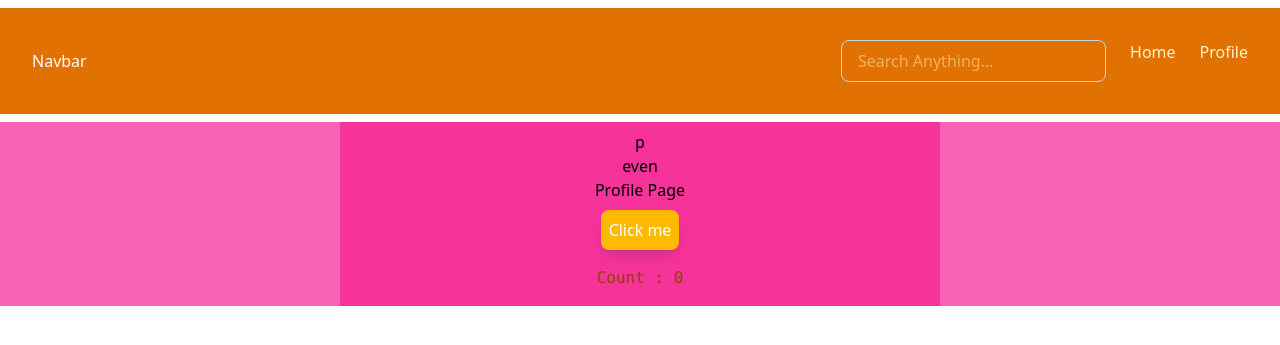
Repository: samit2059/CollegeReact
Page: / (app in react/collegereact/)
These files come from the project's save history. The page is drawn as it stood at one moment and after the next save; the edit follows.
The browser window is 1280 px wide. The pictures show the whole page.
The project was rebuilt for these pictures with package versions that can differ from the ones it lists, and the page was loaded fresh each time. Also part of the build but not shown: react/collegereact/vite.config.js, react/collegereact/src/App.jsx, react/collegereact/src/navbar.jsx, react/collegereact/src/Props Example/First.jsx, react/collegereact/src/Props Example/Second.jsx.

Above is the page before, as saved 2026-01-21 11:14:50.

After the next save:
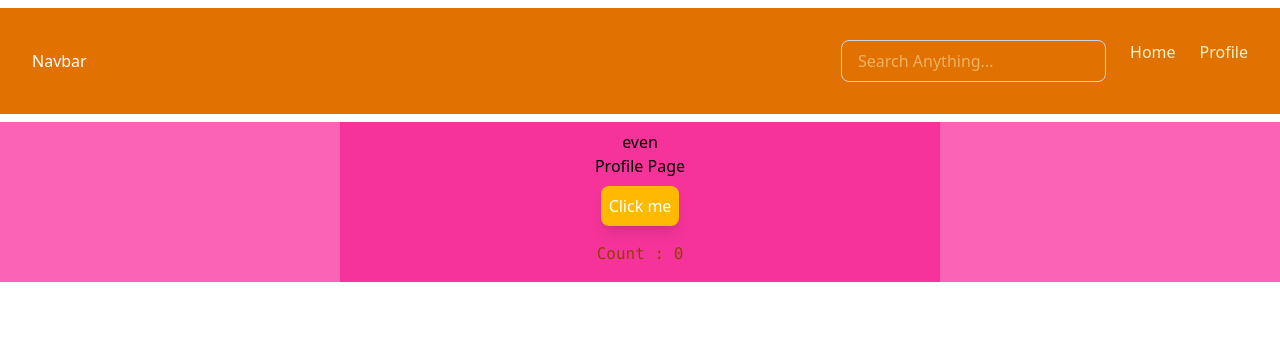
Saved 4 s later.
--- a/react/collegereact/src/StateExamples/profile.jsx
+++ b/react/collegereact/src/StateExamples/profile.jsx
@@ -5,7 +5,7 @@
     return (
         <div className="items-center justify-center bg-pink-400 text-center flex">
         <div className="p-2 bg-pink-500 w-[600px] items-center justify-center">
-            p
+            <p></p>
             {count%2 == 0 ? <h2>even</h2> : <h2>ODD</h2>}
             <h1>Profile Page</h1>
             <button onClick={() => setCount(count+1)} className="p-2 m-2 bg-amber-400 font-medium rounded-lg shadow-lg text-white">Click me</button>

After the save that followed:
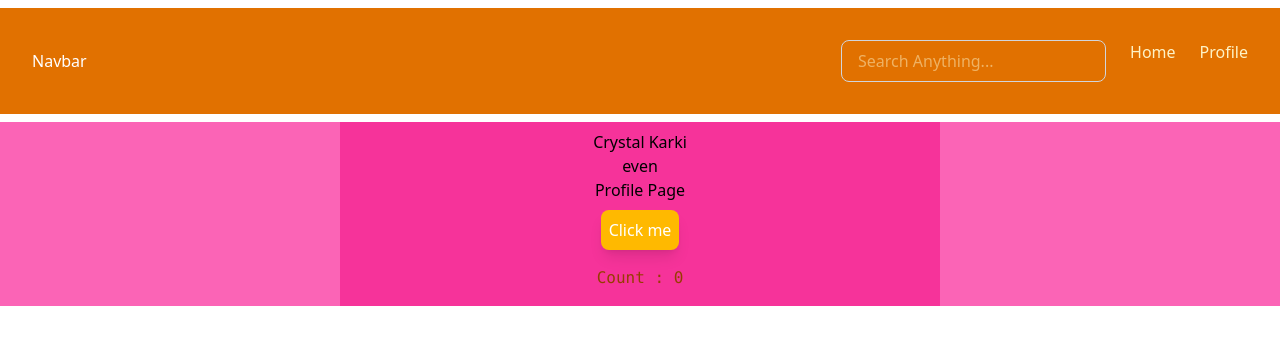
Saved 4 s later.
--- a/react/collegereact/src/StateExamples/profile.jsx
+++ b/react/collegereact/src/StateExamples/profile.jsx
@@ -5,7 +5,7 @@
     return (
         <div className="items-center justify-center bg-pink-400 text-center flex">
         <div className="p-2 bg-pink-500 w-[600px] items-center justify-center">
-            <p></p>
+            <p>{gretting}</p>
             {count%2 == 0 ? <h2>even</h2> : <h2>ODD</h2>}
             <h1>Profile Page</h1>
             <button onClick={() => setCount(count+1)} className="p-2 m-2 bg-amber-400 font-medium rounded-lg shadow-lg text-white">Click me</button>
